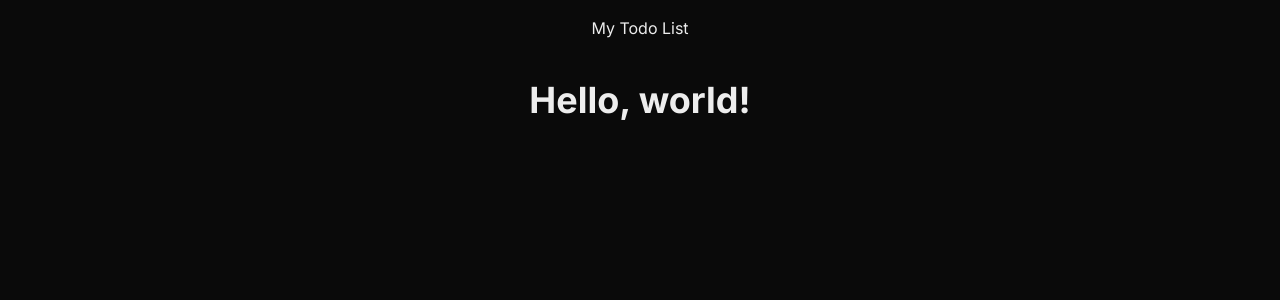
Repository: SergioAcostaTer/playas-canarias
Page: /
An editor plug-in stored every save of this project. The page is shown before and after the next save, followed by the edit.
The browser window is 1280 px wide. The pictures show the whole page.
The project was rebuilt for these pictures with package versions that can differ from the ones it lists, and the page was loaded fresh each time. The framework's server and built-in components were replaced by stand-ins that run in the browser. Also part of the build but not shown: next.config.ts.

Above is the page before, as saved 2025-01-29 11:03:09.

### src/app/layout.tsx
import type { Metadata } from "next";
import { Inter } from "next/font/google";
import "./globals.css";

const inter = Inter({
  variable: "--font-inter",
  subsets: ["latin"],
});

export const metadata: Metadata = {
  title: "Playas Canarias - Mapa de Playas con Valoraciones y Servicios",
  description:
    "Descubre todas las playas de Canarias con nuestro mapa interactivo. Consulta valoraciones, accesibilidad y servicios en cada playa.",
  applicationName: "Playas Canarias",
  keywords: [
    "playas Canarias",
    "mapa de playas",
    "playas España",
    "mejores playas Canarias",
    "playas accesibles",
    "turismo en Canarias",
    "valoraciones playas",
    "playas con bandera azul",
    "surf en Canarias",
    "vacaciones en Canarias",
  ],
  authors: [{ name: "Playas Canarias", url: "https://playas.canarycode.es" }],
  openGraph: {
    title: "Playas Canarias - Encuentra Tu Playa Perfecta",
    description:
      "Explora todas las playas de Canarias con nuestro mapa interactivo. Consulta valoraciones, accesibilidad y servicios en cada playa.",
    url: "https://playas.canarycode.es",
    siteName: "Playas Canarias",
    images: [
      {
        url: "https://playas.canarycode.es/og-image.jpg",
        width: 1200,
        height: 630,
        alt: "Playas Canarias - Mapa Interactivo",
      },
    ],
    locale: "es_ES",
    type: "website",
  },
  twitter: {
    card: "summary_large_image",
    title: "Playas Canarias - Encuentra Tu Playa Perfecta",
    description:
      "Explora todas las playas de Canarias con nuestro mapa interactivo. Consulta valoraciones, accesibilidad y servicios en cada playa.",
    site: "@playascanarias",
    creator: "@playascanarias",
    images: ["https://playas.canarycode.es/og-image.jpg"],
  },
  icons: {
    icon: "/favicon.ico",
    apple: "/apple-touch-icon.png",
  },
  manifest: "/site.webmanifest",
  alternates: {
    canonical: "https://playas.canarycode.es",
  },
  robots: {
    index: true,
    follow: true,
  },
};

export default function RootLayout({
  children,
}: Readonly<{
  children: React.ReactNode;
}>) {
  return (
    <html lang="es">
      <body className={`${inter.className} font-inter antialiased`}>
        {children}
      </body>
    </html>
  );
}

### src/app/page.tsx
import { Header } from "@/components/Header";

export default function Home() {
  return (
    <div>
      <Header />
      <h1 className="text-4xl font-bold text-center">Hello, world!</h1>

    </div>
  );
}

### src/app/globals.css
@tailwind base;
@tailwind components;
@tailwind utilities;

:root {
  --background: #ffffff;
  --foreground: #171717;
  --primary: #f59e0b;
  --header-bg: #f59e0b;
  --header-text: #171717;
  --header-border: #f59e0b;
}

@media (prefers-color-scheme: light) {
  :root {
    --background: #0a0a0a;
    --foreground: #ededed;
  }
}

body {
  color: var(--foreground);
  background: var(--background);
  font-family: Arial, Helvetica, sans-serif;
}

### src/components/Header.tsx
const Header = () => {
  return (
    <header className="text-center p-4 h-14 md:h-20">
      <h1>My Todo List</h1>
    </header>
  );
};

export { Header };

Loaded but not shown: tailwind.config.ts (common file)

After the next save:
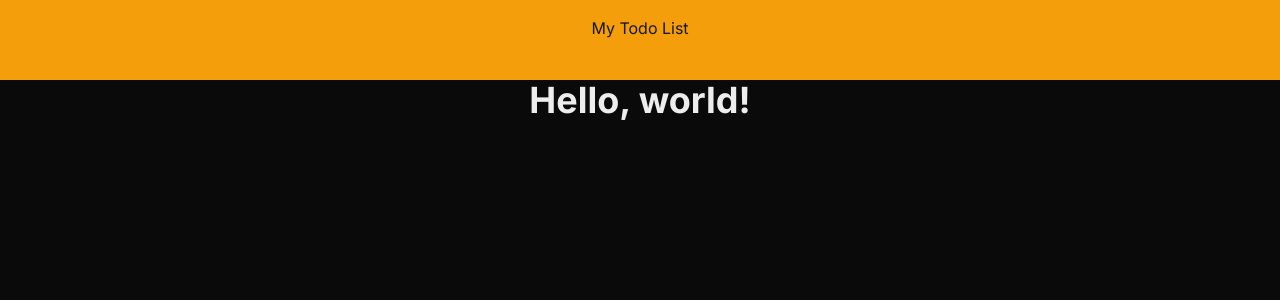
Saved 18 s later.
--- a/src/components/Header.tsx
+++ b/src/components/Header.tsx
@@ -1,6 +1,6 @@
 const Header = () => {
   return (
-    <header className="text-center p-4 h-14 md:h-20">
+    <header className="text-center p-4 h-14 md:h-20 bg-[var(--header-bg)] text-[var(--header-text)]">
       <h1>My Todo List</h1>
     </header>
   );
